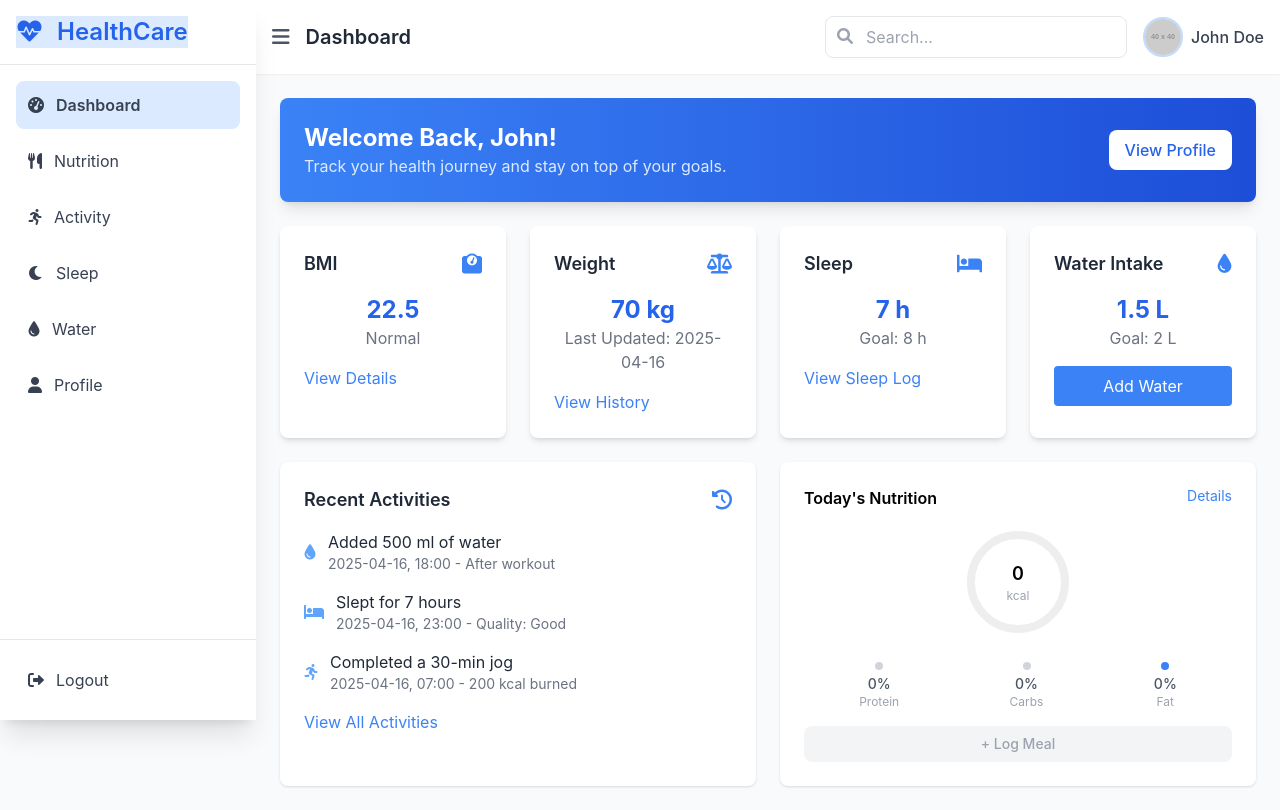
Repository: Khank2104/Khank
Page: http://localhost/
The author's editor kept a copy of each file at every save. The page is drawn from the files as they stood at one save, then again after the next save.
The browser window is 1280 px wide. The pictures show the whole page.
Some web libraries are served in a nearby version. The page is served by the project's application, run on Django 5.2 (manage.py). The first stored user is signed in. The page reads the database file committed with the project.

Above is the page before, as saved 2025-05-16 11:38:31.

After the next save:
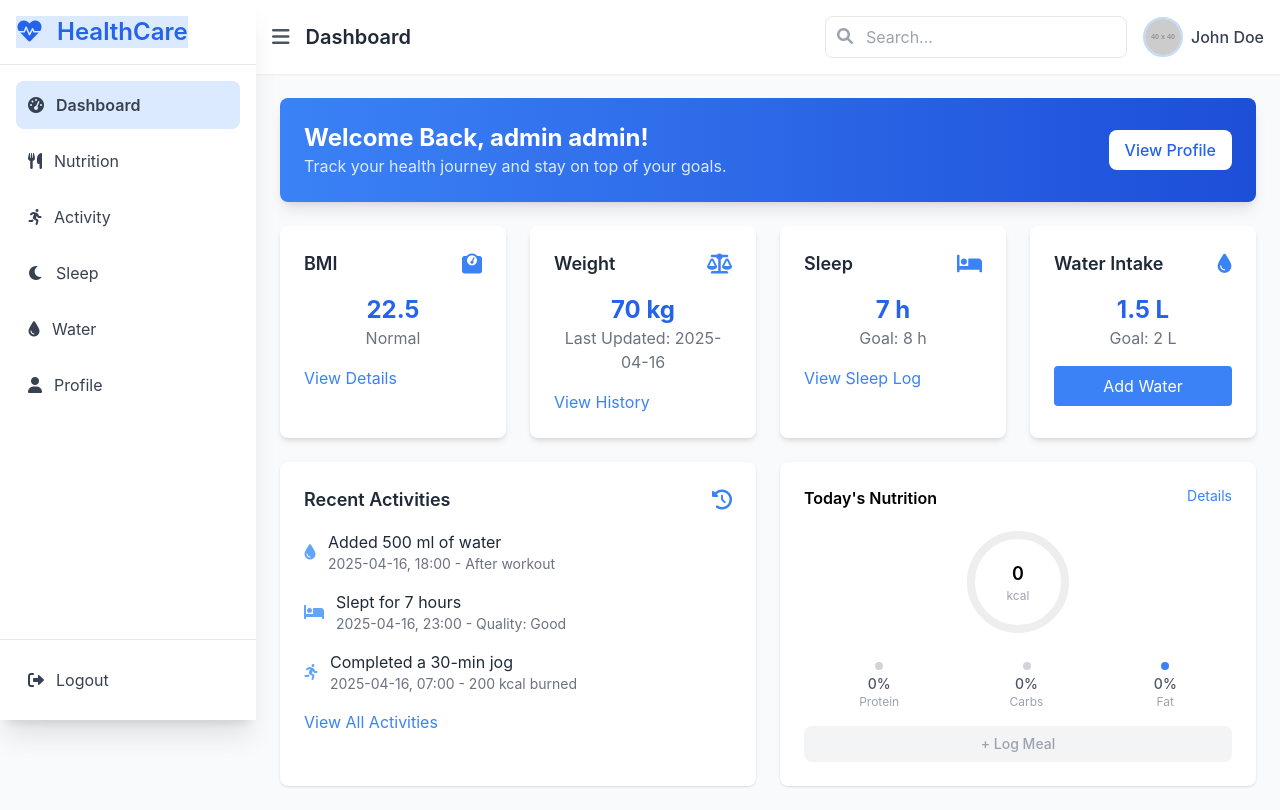
Saved 93 s later.
--- a/main/templates/main/dashboard.html
+++ b/main/templates/main/dashboard.html
@@ -7,7 +7,8 @@
     <div
         class="bg-gradient-to-r from-blue-500 to-blue-700 text-white p-6 rounded-lg shadow-lg flex justify-between items-center">
         <div>
-            <h3 class="text-2xl font-bold">Welcome Back, John!</h3>
+            <h3 class="text-2xl font-bold">Welcome Back, {{ name }}!</h3>
+
             <p class="text-blue-100">
                 Track your health journey and stay on top of your goals.
             </p>
